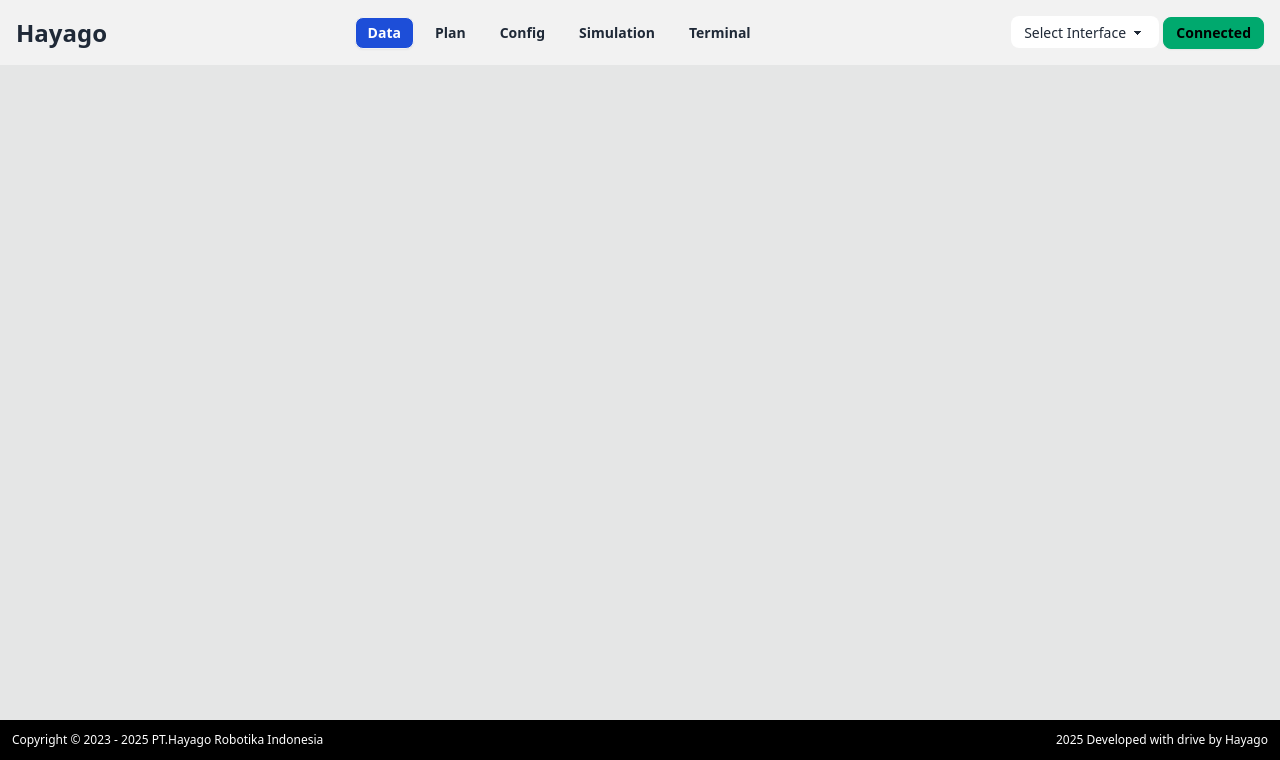
Repository: khulqu15/rov.commander
Page: http://localhost/planner/
An editor plug-in stored every save of this project. The page is shown before and after a run of saves, followed by the edit.
The browser window is 1280 px wide. The pictures show the whole page.
Some web libraries are served in a nearby version. The page is served by the project's application, run on Django 5.2 (manage.py).

Above is the page before, as saved 2025-02-06 21:30:00.

After the next 2 saves:
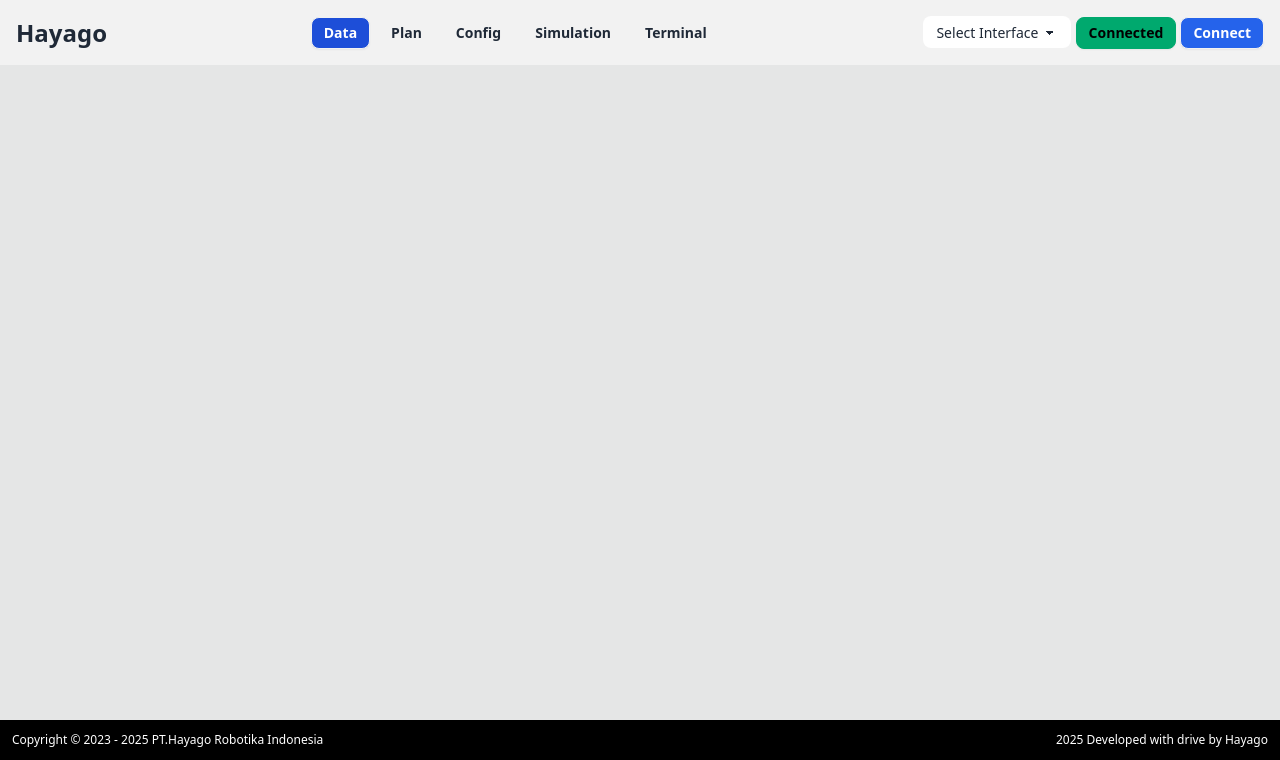
The 2 saves are shown as one change because they came seconds apart.
The last was saved 67 s later.
--- a/templates/index.html
+++ b/templates/index.html
@@ -28,6 +28,7 @@
                     {% endfor %}
                 </select>
                 <button type="submit" class="btn btn-success btn-sm">Connected</button>
+                <button type="submit" class="btn bg-blue-600 text-white btn-sm">Connect</button>
             </form>
         </div>
         <div class="min-h-screen w-full bg-base-300 pt-24 p-4 flex justify-center w-full">

After the 3 saves that followed:
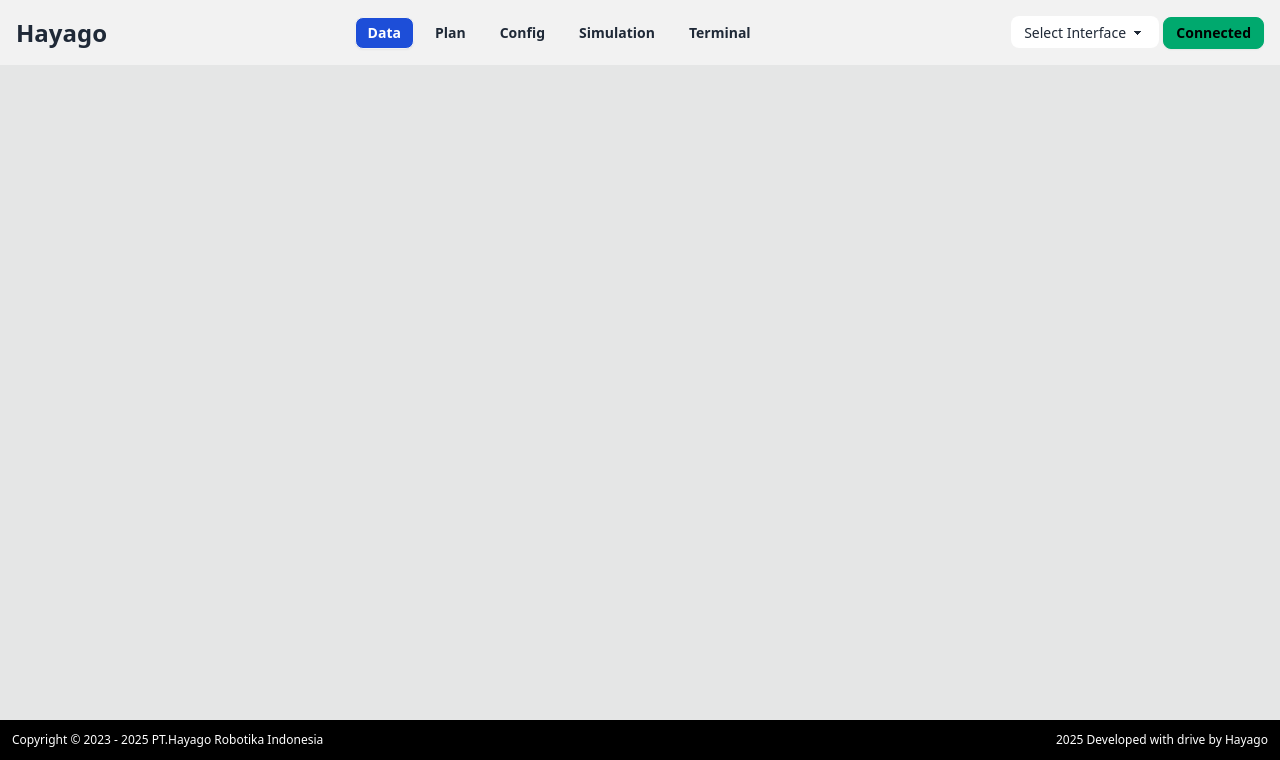
The 3 saves are shown as one change because 1 left the picture as it was and some came seconds apart.
The last was saved 33 s later.
--- a/templates/index.html
+++ b/templates/index.html
@@ -9,7 +9,7 @@
 </head>
 <body>
     <div>
-        <div class="fixed left-0 w-full p-4 bg-base-200 top-0 flex justify-between items-center">
+        <div class="fixed left-0 w-full p-4 bg-base-200 top-0 flex justify-between items-center text-base-content">
             <div>
                 <h1 class="text-2xl font-bold">Hayago</h1>
             </div>
@@ -28,7 +28,9 @@
                     {% endfor %}
                 </select>
                 <button type="submit" class="btn btn-success btn-sm">Connected</button>
-                <button type="submit" class="btn bg-blue-600 text-white btn-sm">Connect</button>
+                {% if request.GET.interface %}
+                    <button type="submit" class="btn bg-blue-600 text-white btn-sm">Connect</button>
+                {% endif %}
             </form>
         </div>
         <div class="min-h-screen w-full bg-base-300 pt-24 p-4 flex justify-center w-full">
